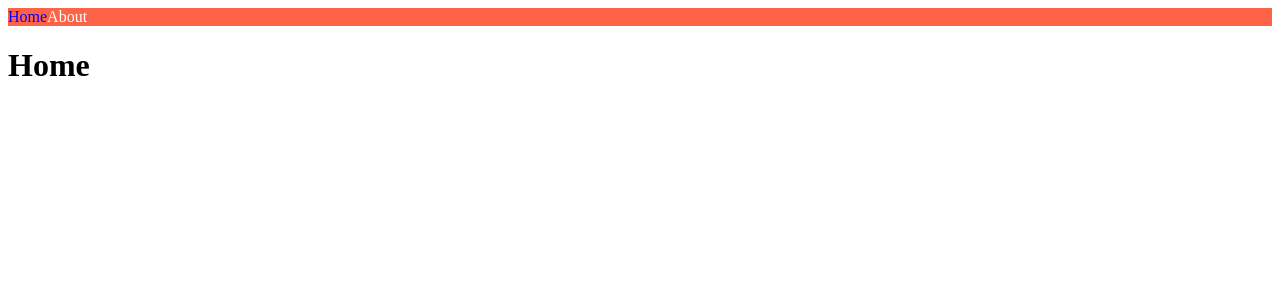
Repository: pjk0007/next-intro-movies
Page: /
These files come from the project's save history. The page is drawn as it stood at one moment and after the next save; the edit follows.
The browser window is 1280 px wide. The pictures show the whole page.
The project was rebuilt for these pictures with package versions that can differ from the ones it lists, and the page was loaded fresh each time. Some packages were replaced by stand-ins written for this rebuild. The framework's server and built-in components were replaced by stand-ins that run in the browser. Also part of the build but not shown: next.config.js.

Above is the page before, as saved 2022-03-11 19:51:55.

After the next save:
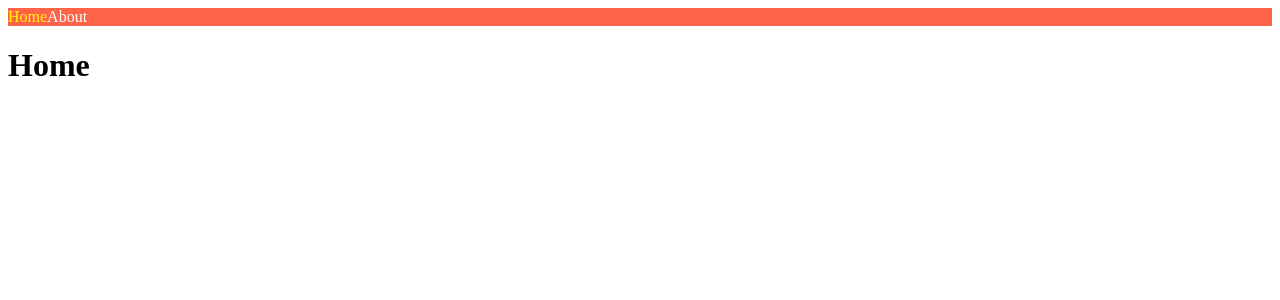
Saved 8 s later.
--- a/components/NavBar.tsx
+++ b/components/NavBar.tsx
@@ -22,7 +22,7 @@ export default function NavBar() {
           text-decoration: none;
         }
         .active {
-          color: blue;
+          color: yellow;
         }
       `}</style>
     </nav>
